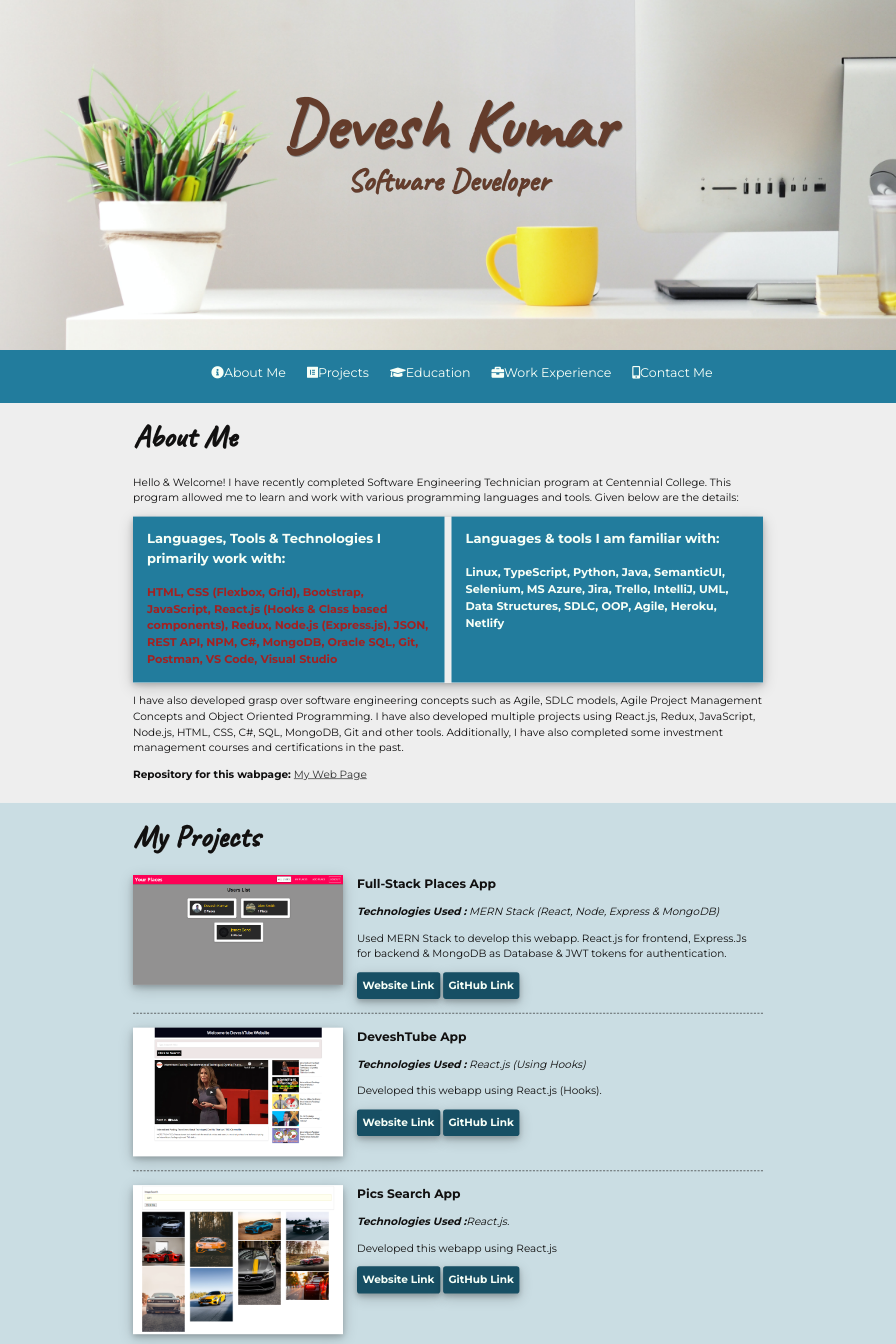
Repository: My-Web-Page/MyWebPage
Page: index.html
An editor plug-in stored every save of this project. The page is shown before and after the next save, followed by the edit.
The browser window is 1280 px wide. The pictures show the part of the page from y = 0 to 1920 px (the page is 5032 px tall), at 70% of full size.
Some web libraries are served in a nearby version.

Above is the page before, as saved 2021-09-07 13:39:29.

After the next save:
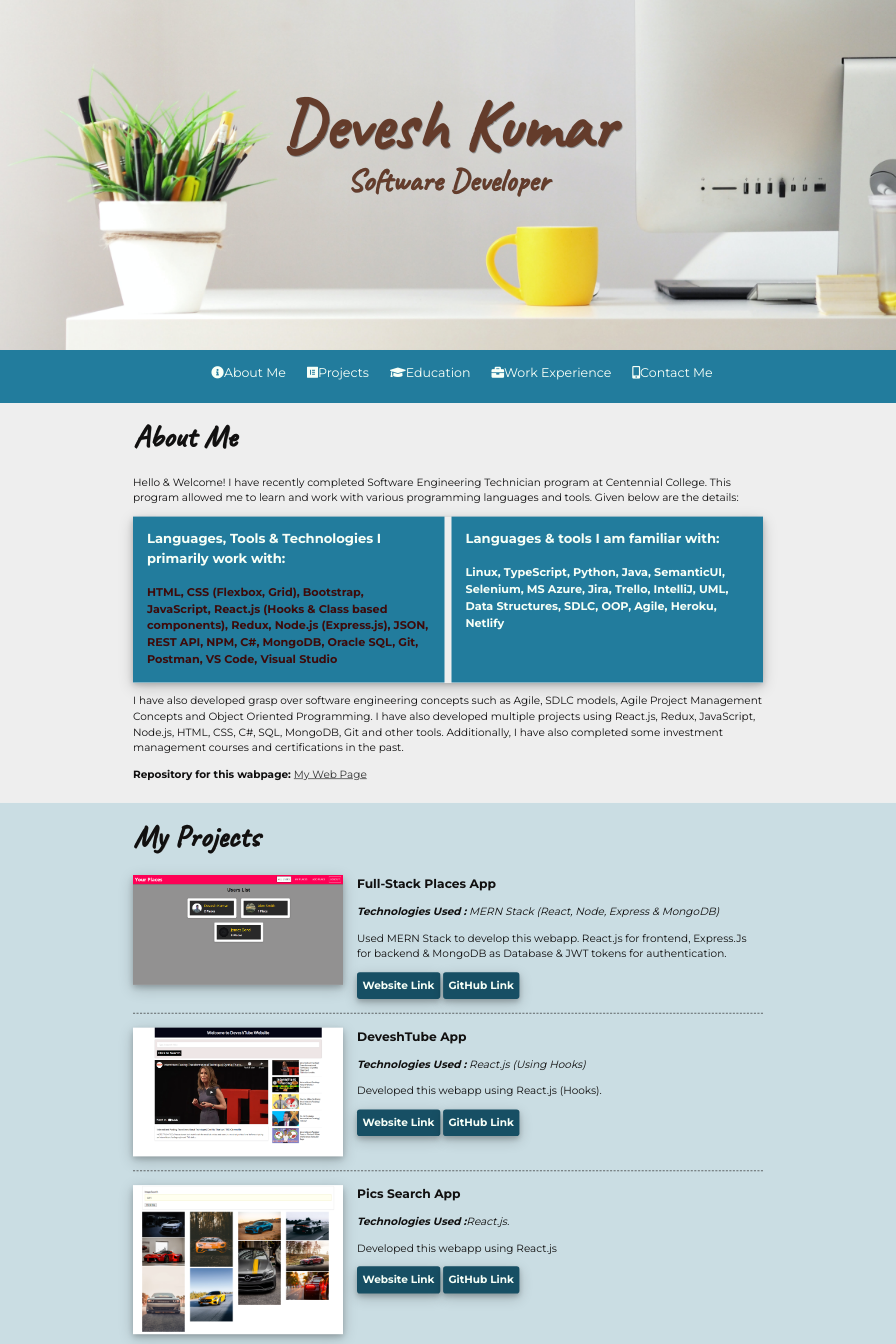
Saved 7 s later.
--- a/index.html
+++ b/index.html
@@ -52,7 +52,7 @@
                 <div class="grid-container">
                     <div class="grid-item">
                         <h3>Languages, Tools & Technologies I primarily work with:</h3>
-                        <h4 style="color: rgb(163, 33, 33);"> HTML, CSS (Flexbox, Grid), Bootstrap, JavaScript, React.js (Hooks & Class based components), Redux, Node.js (Express.js), JSON, REST API, NPM, C#, MongoDB, Oracle SQL, Git, Postman, VS Code, Visual Studio
+                        <h4 style="color: rgb(61, 11, 11);"> HTML, CSS (Flexbox, Grid), Bootstrap, JavaScript, React.js (Hooks & Class based components), Redux, Node.js (Express.js), JSON, REST API, NPM, C#, MongoDB, Oracle SQL, Git, Postman, VS Code, Visual Studio
                             </p>
                     </div>
 
